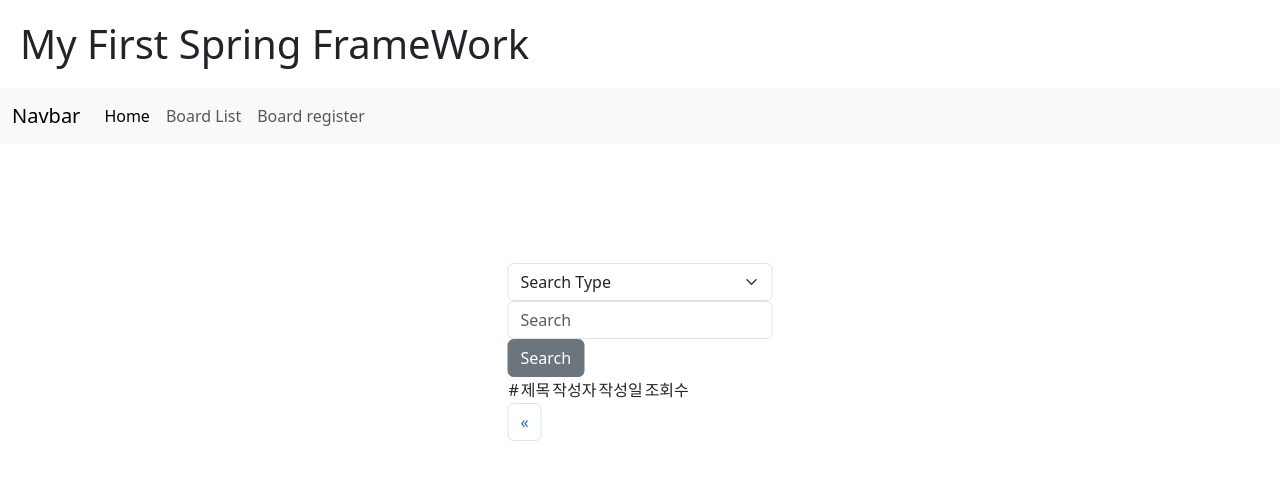
Repository: Leesunghoon1/springh
Page: http://localhost/springProject/WEB-INF/views/board/list.jsp
These files come from the project's save history. The page is drawn as it stood at one moment and after the next save; the edit follows.
The browser window is 1280 px wide. The pictures show the whole page.
The page is served by Tomcat 9. Nobody is signed in. Other server files are loaded and not shown. The template is opened directly, without the code that normally fills it, so the values that code supplies are empty.

Above is the page before, as saved 2023-11-02 10:18:53.

### springProject/src/main/webapp/WEB-INF/views/board/list.jsp
<%@ page language="java" contentType="text/html; charset=UTF-8"
	pageEncoding="UTF-8"%>
<%@ taglib uri="http://java.sun.com/jsp/jstl/core" prefix="c"%>
<!DOCTYPE html>
<html>
<head>
<meta charset="UTF-8">
<title>Insert title here</title>
</head>
<body>
	<jsp:include page="../common/header.jsp" />
	<jsp:include page="../common/nav.jsp" />



	<div class="position-absolute top-50 start-50 translate-middle">
		<form action="/board/list">
			<div class="search-box">
				<!-- 검색영역 -->
				<div>
					<c:set value="${ph.pgvo.type }" var="typed" />
					<select class="form-select" aria-label="Default select example"
						name="type">
						<option ${empty typed ? 'selected' : ''}>Search Type</option>
						<option value="t" ${typed eq 't' ? 'selected' : ''}>Title</option>
						<option value="w" ${typed eq 'w' ? 'selected' : ''}>Writer</option>
						<option value="c" ${typed eq 'c' ? 'selected' : ''}>Content</option>
						<option value="tw" ${typed eq 'tw' ? 'selected' : ''}>Title+Writer</option>
						<option value="tc" ${typed eq 'tc' ? 'selected' : ''}>Title+Content</option>
						<option value="cw" ${typed eq 'cw' ? 'selected' : ''}>Content+Writer</option>
						<option value="twc" ${typed eq 'twc' ? 'selected' : ''}>All</option>
					</select>
				</div>
				<div>
					<input name="keyword" value="${ph.pgvo.keyword}"
						class="form-control me-2" type="search" placeholder="Search"
						aria-label="Search"> <input type="hidden" name="pageNo"
						value="1">
					<!-- type 검색시 첫 페이지 화면으로 띄우기 -->
					<input type="hidden" name="qty" value="${ph.pgvo.qty}">
				</div>
				<div>
					<button
						class="btn btn-primary position-relative btn-outline-secondary text-bg-secondary"
						type="submit">
						Search <span
							class="position-absolute top-0 start-100 translate-middle badge rounded-pill text-bg-Light">
							${ph.totalCount} <span class="visually-hidden">unread
								messages</span>
						</span>
					</button>
				</div>
			</div>
		</form>

		<table>
		<tr>
			<td>#</td>
			<td>제목</td>
			<td>작성자</td>
			<td>작성일</td>
			<td>조회수</td>
		</tr>

		<c:forEach items="${list }" var="bvo">
			<tr>
				<td>${bvo.bno }</td>
				<td><a href="/board/detail?bno=${bvo.bno }">${bvo.title }</a></td>
				<td>${bvo.writer }</td>
				<td>${bvo.modAt }</td>
				<td>${bvo.readCount }</td>

			</tr>
		</c:forEach>
	</tablE>
		<div>
		<nav aria-label="Page navigation example">
		<ul class="pagination">
		<!-- prev -->
		<li class="page-item ${(ph.prev eq false) ? 'disabled' : ''}" >
				      <a class="page-link" href="/board/list?pageNo=${ph.startPage - 1}&qty=${ph.pageQty}&type=${ph.pgvo.type}&keyword=${ph.pgvo.keyword}" aria-label="Previous">
				        <span aria-hidden="true">&laquo;</span>
				      </a>
				    </li>



		</li>
		</ul>


		</nav>

		</div>



	</div>









































	<jsp:include page="../common/footer.jsp" />
</body>
</html>

### springProject/src/main/webapp/WEB-INF/views/common/header.jsp
<%@ page language="java" contentType="text/html; charset=UTF-8"
    pageEncoding="UTF-8"%>
    <%@ taglib uri="http://java.sun.com/jsp/jstl/core" prefix="c"%>
<!DOCTYPE html>
<html>
<head>
<meta charset="UTF-8">
<title>Insert title here</title>
<link href="https://cdn.jsdelivr.net/npm/bootstrap@5.3.1/dist/css/bootstrap.min.css" rel="stylesheet" integrity="sha384-4bw+/aepP/YC94hEpVNVgiZdgIC5+VKNBQNGCHeKRQN+PtmoHDEXuppvnDJzQIu9" crossorigin="anonymous">
<script src="https://cdn.jsdelivr.net/npm/bootstrap@5.3.1/dist/js/bootstrap.bundle.min.js" integrity="sha384-HwwvtgBNo3bZJJLYd8oVXjrBZt8cqVSpeBNS5n7C8IVInixGAoxmnlMuBnhbgrkm" crossorigin="anonymous"></script>
<style type="text/css">

h1, p {
	margin: 20px
}

</style>
</head>
<body>
<h1>My First Spring FrameWork</h1>
</body>
</html>

### springProject/src/main/webapp/WEB-INF/views/common/nav.jsp
<%@ page language="java" contentType="text/html; charset=UTF-8"
    pageEncoding="UTF-8"%>
    <%@ taglib uri="http://java.sun.com/jsp/jstl/core" prefix="c"%>
<!DOCTYPE html>
<html>
<head>
<meta charset="UTF-8">
<title>Insert title here</title>
</head>
<body>
<header>

<nav class="navbar navbar-expand-lg bg-body-tertiary">
  <div class="container-fluid">
    <a class="navbar-brand" href="#">Navbar</a>

    <button class="navbar-toggler" type="button" data-bs-toggle="collapse" data-bs-target="#navbarSupportedContent" aria-controls="navbarSupportedContent" aria-expanded="false" aria-label="Toggle navigation">
      <span class="navbar-toggler-icon"></span>
    </button>

    <div class="collapse navbar-collapse" id="navbarSupportedContent">
      <ul class="navbar-nav me-auto mb-2 mb-lg-0">

        <li class="nav-item">
          <a class="nav-link active" aria-current="page" href="/">Home</a>
        </li>

        <li class="nav-item">
          <a class="nav-link" href="/board/list">Board List</a>
        </li>

        <li class="nav-item">
          <a class="nav-link" href="/board/register">Board register</a>
        </li>
    </ul>
    </div>
  </div>
</nav>



</header>
</body>
</html>

Loaded but not shown: springProject/src/main/webapp/WEB-INF/views/common/footer.jsp (common file)

After the next save:
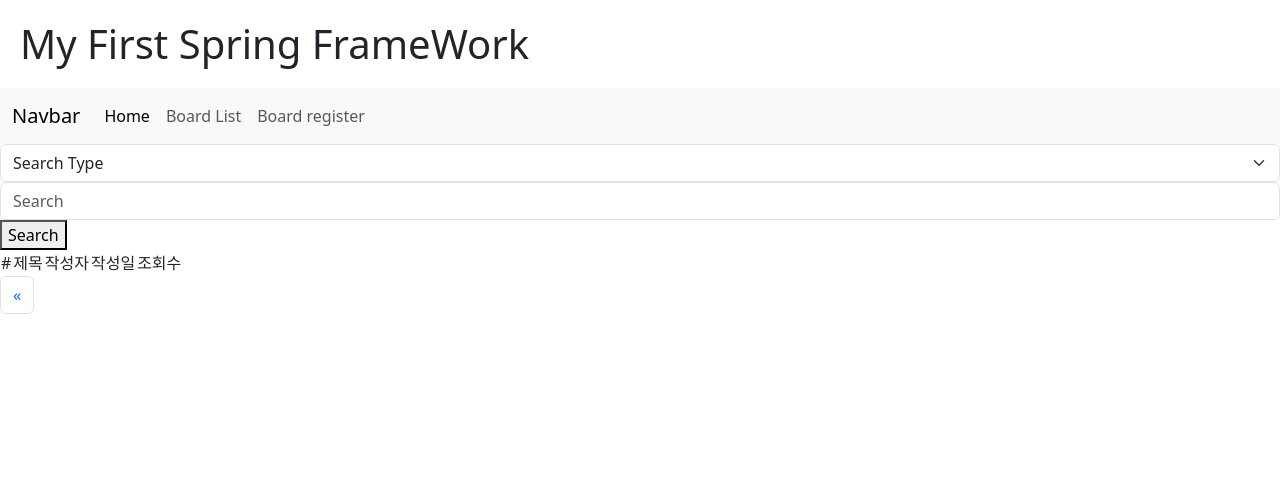
Saved 53 s later.
--- a/springProject/src/main/webapp/WEB-INF/views/board/list.jsp
+++ b/springProject/src/main/webapp/WEB-INF/views/board/list.jsp
@@ -13,7 +13,7 @@
 
 
 
-	<div class="position-absolute top-50 start-50 translate-middle">
+	<div >
 		<form action="/board/list">
 			<div class="search-box">
 				<!-- 검색영역 -->
@@ -40,11 +40,9 @@
 					<input type="hidden" name="qty" value="${ph.pgvo.qty}">
 				</div>
 				<div>
-					<button
-						class="btn btn-primary position-relative btn-outline-secondary text-bg-secondary"
-						type="submit">
+					<button	type="submit">
 						Search <span
-							class="position-absolute top-0 start-100 translate-middle badge rounded-pill text-bg-Light">
+							>
 							${ph.totalCount} <span class="visually-hidden">unread
 								messages</span>
 						</span>
